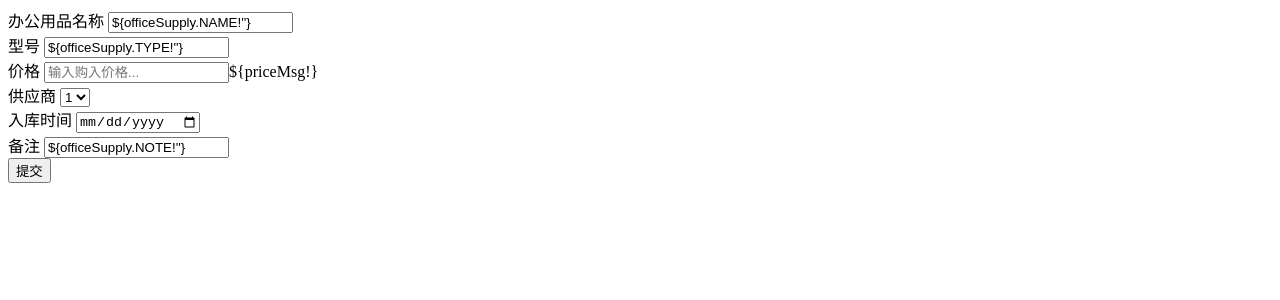
Repository: GaoChengliang/summerTask
Page: Campus_gcl/WebRoot/asset_management/office_supply/_form.html
The author's editor kept a copy of each file at every save. The page is drawn from the files as they stood at one save, then again after the next save.
The browser window is 1280 px wide. The pictures show the whole page.

Above is the page before, as saved 2015-07-28 05:55:51.

After the next save:
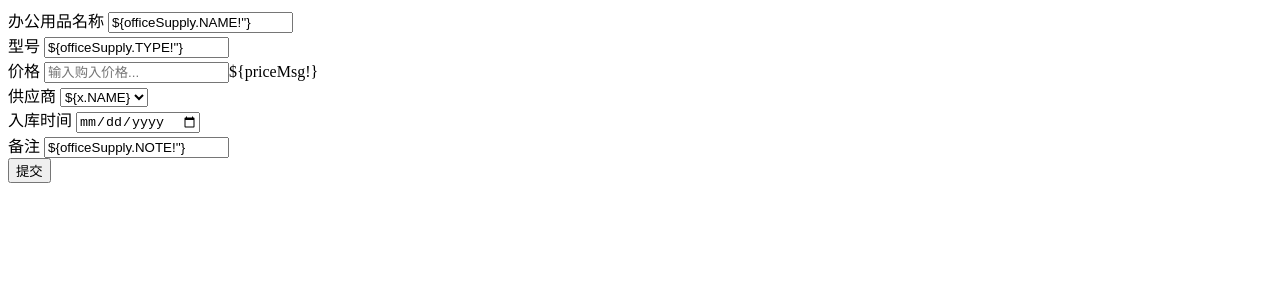
Saved 49 s later.
--- a/Campus_gcl/WebRoot/asset_management/office_supply/_form.html
+++ b/Campus_gcl/WebRoot/asset_management/office_supply/_form.html
@@ -21,7 +21,7 @@
   <label>供应商</label>
   <select class="form-control" name="officeSupply.SUPPLIER_ID" value="${officeSupply.SUPPLIER_ID!''}">
   <%for(x in suppliersList){ %>
-  	<option value="">1</option>
+  	<option value="${x.ID}">${x.NAME}</option>
   <%}%>
 </select>
 
